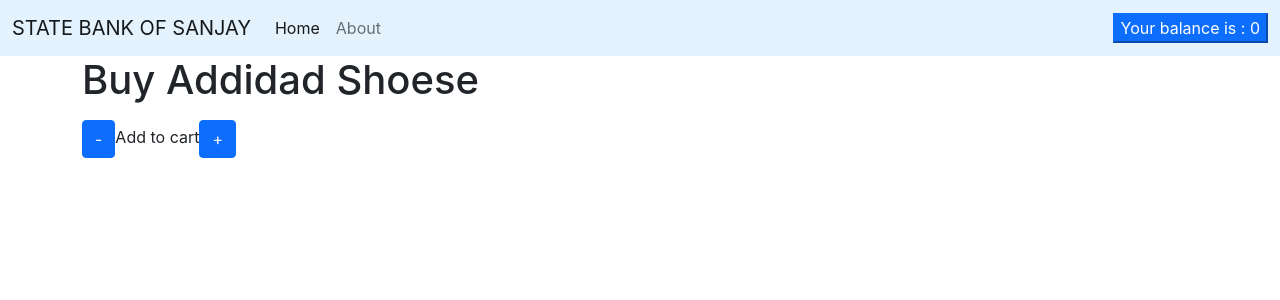
Repository: Sanjayjangra88/online_shop
Page: /products
These files come from the project's save history. The page is drawn as it stood at one moment and after the next save; the edit follows.
The browser window is 1280 px wide. The pictures show the whole page.
The project was rebuilt for these pictures with package versions that can differ from the ones it lists, and the page was loaded fresh each time. Also part of the build but not shown: src/App.css.

Above is the page before, as saved 2022-03-29 13:34:16.

After the next save:
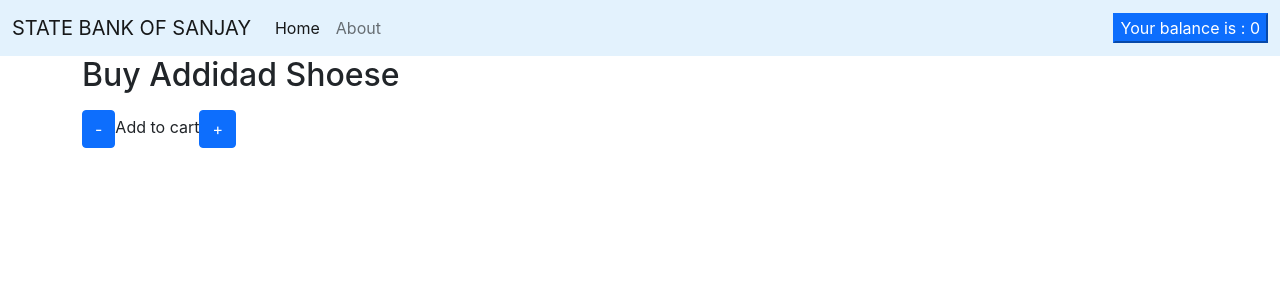
Saved 10 s later.
--- a/src/components/Shop.js
+++ b/src/components/Shop.js
@@ -3,7 +3,7 @@
 const Shop = () => {
   return (
     <div>
-        <h1>Buy Addidad Shoese</h1>
+        <h2>Buy Addidad Shoese</h2>
       <button className="btn btn-primary my-2">-</button>
        Add to  cart
       <button className="btn btn-primary my-2">+</button>
